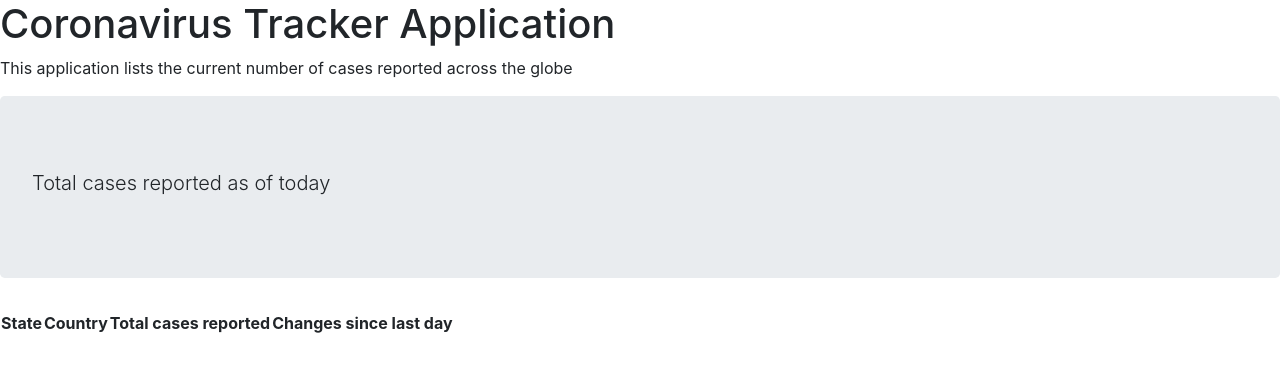
Repository: safaladhikari1/CoronaVirusTrackerApp
Page: http://localhost/home
These files come from the project's save history. The page is drawn as it stood at one moment and after the next save; the edit follows.
The browser window is 1280 px wide. The pictures show the whole page.
The page is this project's Thymeleaf template; nobody is signed in. The template is opened directly, without the code that normally fills it, so the values that code supplies are empty.

Above is the page before, as saved 2020-08-30 08:53:59.

### coronavirus-tracker/src/main/resources/templates/home.html
<!DOCTYPE html>

<html xmlns:th="http://www.thymeleaf.org">

  <head>
    <title>Coronavirus Tracker Application</title>
    <meta http-equiv="Content-Type" content="text/html; charset=UTF-8" />
    <link rel="stylesheet" href="https://stackpath.bootstrapcdn.com/bootstrap/4.5.2/css/bootstrap.min.css" integrity="sha384-JcKb8q3iqJ61gNV9KGb8thSsNjpSL0n8PARn9HuZOnIxN0hoP+VmmDGMN5t9UJ0Z" crossorigin="anonymous">


  </head>

  <body>

  	<h1>Coronavirus Tracker Application</h1>
  	<p>This application lists the current number of cases reported across the globe</p>

    <div class="jumbotron">
  		<h1 class="display-4" th:text="${totalReportedCases}"></h1>
  		<p class="lead">Total cases reported as of today</p>
	</div>

  	<table>
		  <tr>
		    <th>State</th>
		    <th>Country</th>
		    <th>Total cases reported</th>
		    <th>Changes since last day</th>
		  </tr>
		  <tr th:each="locationStat : ${locationStats}">
		    <td th:text="${locationStat.state}"></td>
		    <td th:text="${locationStat.country}"></td>
		    <td th:text="${locationStat.latestTotalCases}">0</td>
		    <td th:text="${locationStat.diffFromPrevDay}">0</td>
		  </tr>
	</table>


  </body>

</html>

After the next save:
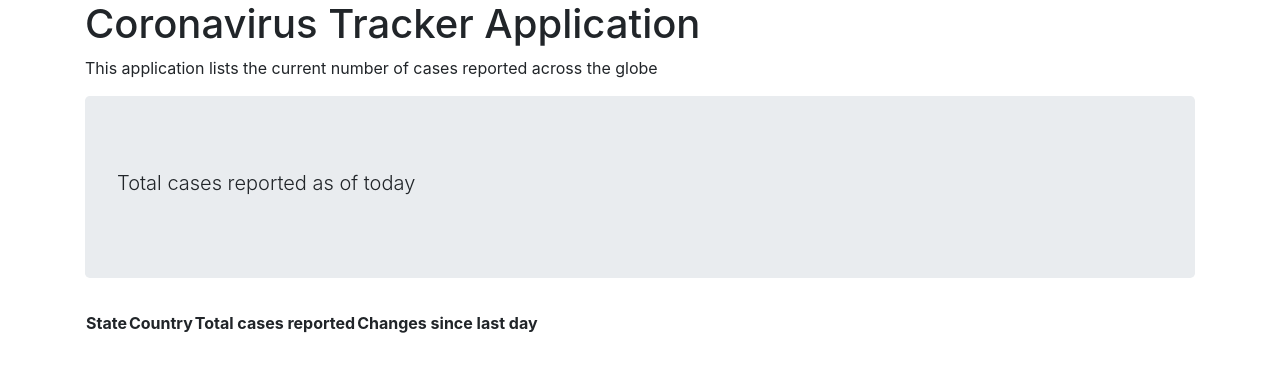
Saved 41 s later.
--- a/coronavirus-tracker/src/main/resources/templates/home.html
+++ b/coronavirus-tracker/src/main/resources/templates/home.html
@@ -12,7 +12,10 @@
 
   <body>
 
-  	<h1>Coronavirus Tracker Application</h1>
+  <div class="container">
+
+   	<h1>Coronavirus Tracker Application</h1>
+
   	<p>This application lists the current number of cases reported across the globe</p>
 
     <div class="jumbotron">
@@ -36,6 +39,8 @@
 	</table>
 
 
+  </div>
+
   </body>
 
 </html>
